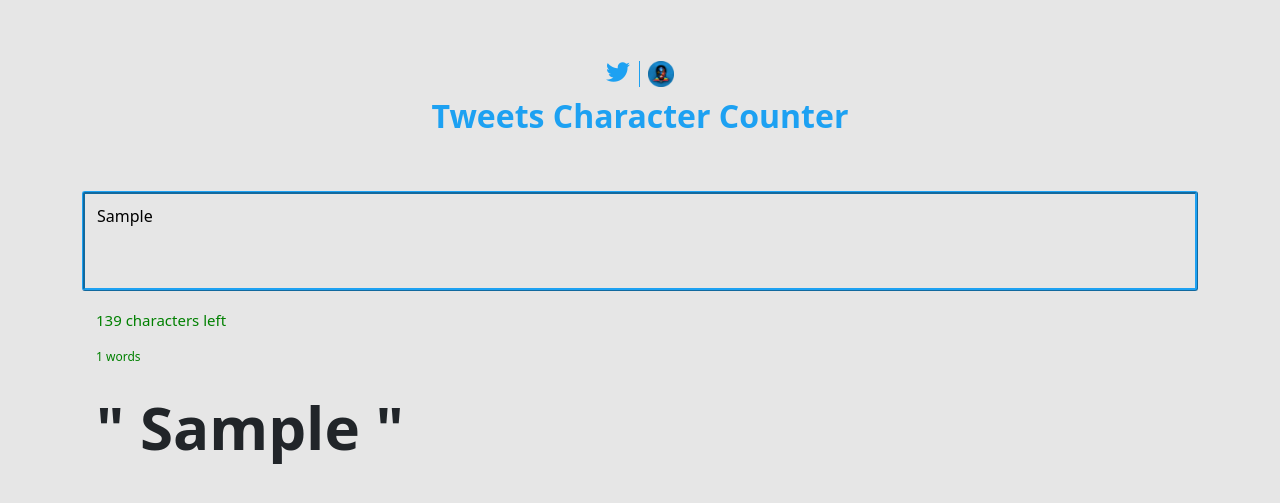
Repository: magmukendi/Tweets-Count
Page: index.html
The author's editor kept a copy of each file at every save. The page is drawn from the files as they stood at one save, then again after a run of saves.
The browser window is 1280 px wide. The pictures show the whole page.
Empty fields were first filled with sample values (such as "Sample", 5 or name@example.com).
After loading, the first visible `#tt` was changed once.
Some web libraries are served in a nearby version.

Above is the page before, as saved 2022-06-11 17:17:23.

### index.html
<!DOCTYPE html>
<html lang="en">
<head>
    <meta charset="UTF-8">
    <meta http-equiv="X-UA-Compatible" content="IE=edge">
    <meta name="viewport" content="width=device-width, initial-scale=1.0">
    <link href="https://cdn.jsdelivr.net/npm/bootstrap@5.2.0-beta1/dist/css/bootstrap.min.css" rel="stylesheet" integrity="sha384-0evHe/X+R7YkIZDRvuzKMRqM+OrBnVFBL6DOitfPri4tjfHxaWutUpFmBp4vmVor" crossorigin="anonymous">
    <link rel="shortcut icon" href="assets/images/mag-icon.ico"image/x-icon">
    <script src="https://kit.fontawesome.com/cd3abaa76f.js" crossorigin="anonymous"></script>

    <link href="style.css" rel="stylesheet">
    <title>TweetsCount by LeGrandMAG</title>
</head>
<body>
    <div id="answer" class="container row">
        <div id = "headline">
            <div id="logo">

                <span id ="twitter" >

                    <i  class="fa-brands fa-twitter fa-xl"></i>
                </span>
                <img id ="myHead" src="/assets/images/profile.png">
            </div>
            <h2 id="Title"><b>Tweets Character Counter</b></h2>
        </div>
        <textarea id="tt" placeholder="Type here :)" class="mt-2 mb-2" id="won" autosize></textarea>
       <!--

           <button onclick="myFunction()" class="btn btn-primary"> Calculate</button>
        -->


    </div>

    <div id="result" >

    </div>


    <script type="text/javascript" src="app.js"></script>
</body>
</html>

### style.css
body{
    margin:auto;
    margin-top: 50px;
    align-items: center;
    text-align: center;
    background: rgba(230,230,230,1)
}
.container{
    margin:auto;
    display: flex;
    justify-content: center;
    align-items: center;
}
#logo{
    margin:10px;
}
#myHead{
    width: 35px;
    height:auto;
    padding-left:8px;
    border-left: 1px solid #1DA1F2;
}
#Title{
    color: #1DA1F2
}
#headline{
    margin-bottom: 40px;
}
#twitter{
    color:#1DA1F2;
    padding-right:5px;
}
.form-elem{
    margin-top: 10;
    margin-bottom: 10;
}

#tt{
    resize: none;
    overflow: visible;
    padding-top:10px;
    padding-bottom: 10px;
    height: 100px;
    border:3px ridge #1DA1F2;
    border-radius: 3px;
    background-color: rgba(230,230,230,1);
}


button{
    visibility: hidden;
}

#result{
    width: 85%;
    margin: auto;
    margin-top:10px;
    flex-wrap: wrap;
    text-align: justify;
}
#charCount{
    font-size: 15px;

}
#wordCount{

    font-size: 12px;
}

### app.js
let list = []
let result = 0;
let x;
let p;
let xValue;
let s;
let number;
let input = document.getElementById('tt');
let d;
let e;
let doc = document.getElementById('result');

function print(){
        doc.innerHTML = '';
        x = document.getElementById('tt');
        p = document.createElement('p')
        number = document.createElement('p')
        words = document.createElement('p')
        xValue = x.value;
        if (xValue){
                p.innerText = '" ' + xValue + ' "'
        }
        doc.append(number)
        doc.append(words)
        doc.appendChild(p)
        p.id = "txx"
        number.id = "charCount"
        words.id = "wordCount"
        p.style = 'font-weight:bold; font-size:40px; margin-top:5px; flex-wrap:wrap';
}
function colorChange(){
        s = xValue
        let word =/\w+/g
        let char = /.|\s|\n+/g
        console.log(s.match(char).length)

        number.innerText = (145 - s.match(char).length) + " characters left";

        words.innerText = s.match(word).length +" words"
        if(s.match(char).length <=145/2){

                p.style.color ='green'
                p.style = 'font-weight:bold; font-size:60px; margin-top:5px; flex-wrap:wrap';
                number.style.color = 'green'
                words.style.color = 'green'
        }
        else if(s.match(char).length >=145/2 && s.match(char).length <135){
                p.style = 'font-weight:bold; font-size:45px; margin-top:5px; flex-wrap:wrap';
                p.style.color = '#1DA1F2';


        }
        else if(s.match(char).length >=135 && s.match(char).length<=145){
                p.style = 'font-weight:bold; font-size:25px; margin-top:5px; flex-wrap:wrap';
                p.style.color ='red';
                number.style.color ='red';
                words.style.color = 'red'
                console.log(s.match(n));

        }

        else if(s.match(char).length >145){
                number.innerText= "You have " + (s.match(char).length - 145) +" more characters than expected.";
                //p.style.visibility ='hidden'
                p.innerText= "Sorry, we cannot display your text";
                number.style.color="red"
                p.style.textAlign = 'center'
        }


}
function render (){
        document.getElementById('tt').addEventListener('keyup', print)
        document.getElementById('tt').addEventListener('keyup', colorChange)
}
render()
function myFunction(){
        let ll = document.getElementById('txx')
        var blob = new Blob([ll.innerText], {
                type: "text/plain;charset=utf-8;",
            });
        saveAs(blob, "thing.txt");

}

After the next 3 saves:
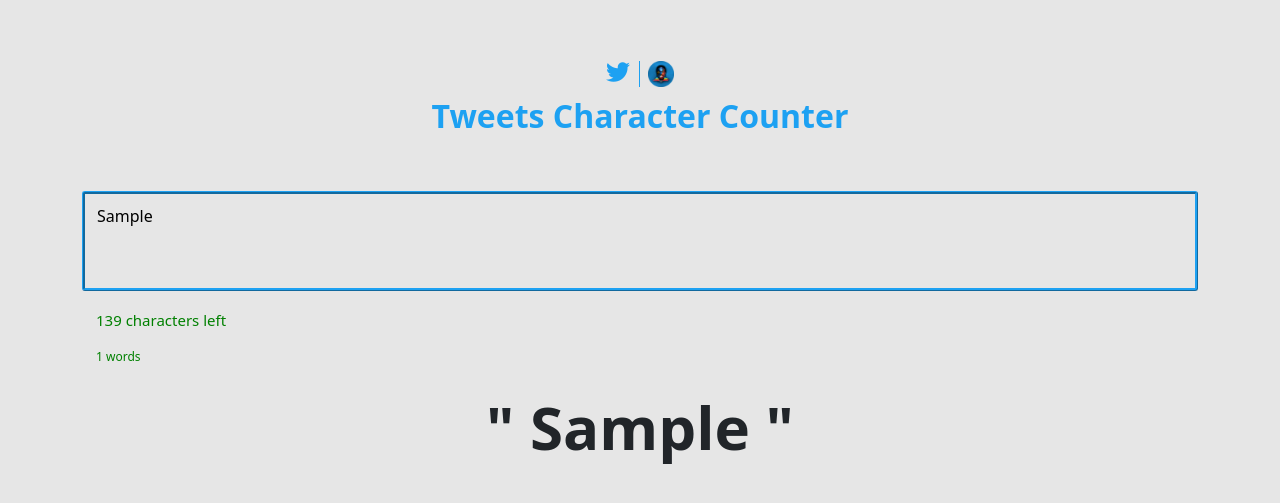
The 3 saves are shown as one change because they came seconds apart.
The last was saved 43 s later.
--- a/app.js
+++ b/app.js
@@ -43,10 +43,12 @@ function colorChange(){
                 p.style = 'font-weight:bold; font-size:60px; margin-top:5px; flex-wrap:wrap';
                 number.style.color = 'green'
                 words.style.color = 'green'
+                p.style.textAlign = 'center'
         }
         else if(s.match(char).length >=145/2 && s.match(char).length <135){
                 p.style = 'font-weight:bold; font-size:45px; margin-top:5px; flex-wrap:wrap';
                 p.style.color = '#1DA1F2';
+                p.style.textAlign = 'center'
 
 
         }
@@ -54,6 +56,7 @@ function colorChange(){
                 p.style = 'font-weight:bold; font-size:25px; margin-top:5px; flex-wrap:wrap';
                 p.style.color ='red';
                 number.style.color ='red';
+                p.style.textAlign = 'center'
                 words.style.color = 'red'
                 console.log(s.match(n));
 
